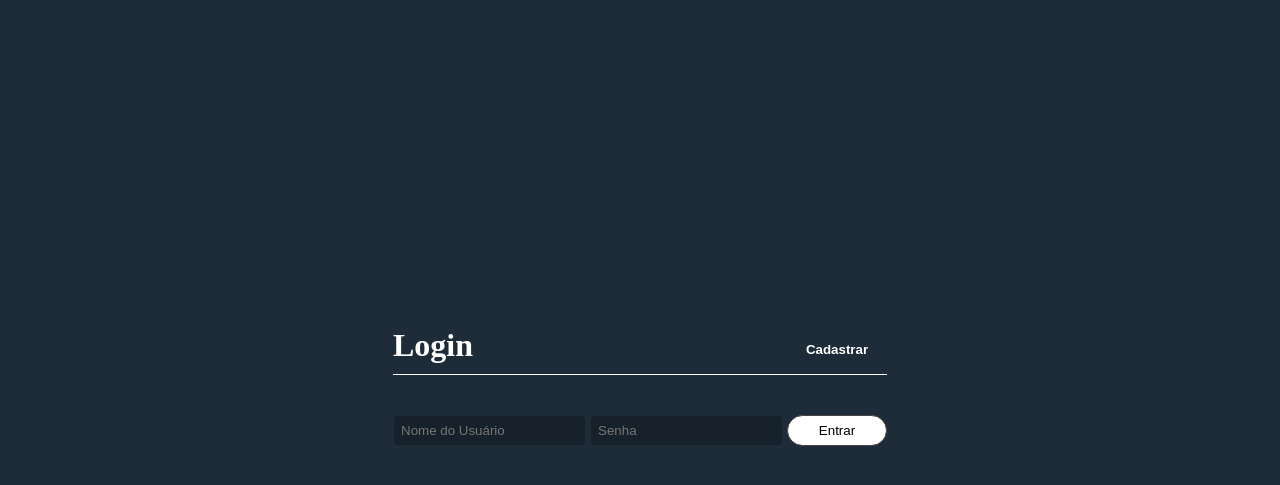
Repository: Gabrielb0rn/login-redes
Page: bemvindo.html
The author's editor kept a copy of each file at every save. The page is drawn from the files as they stood at one save, then again after a run of saves.
The browser window is 1280 px wide. The pictures show the whole page.

Above is the page before, as saved 2024-09-11 10:47:16.

After the next 3 saves:
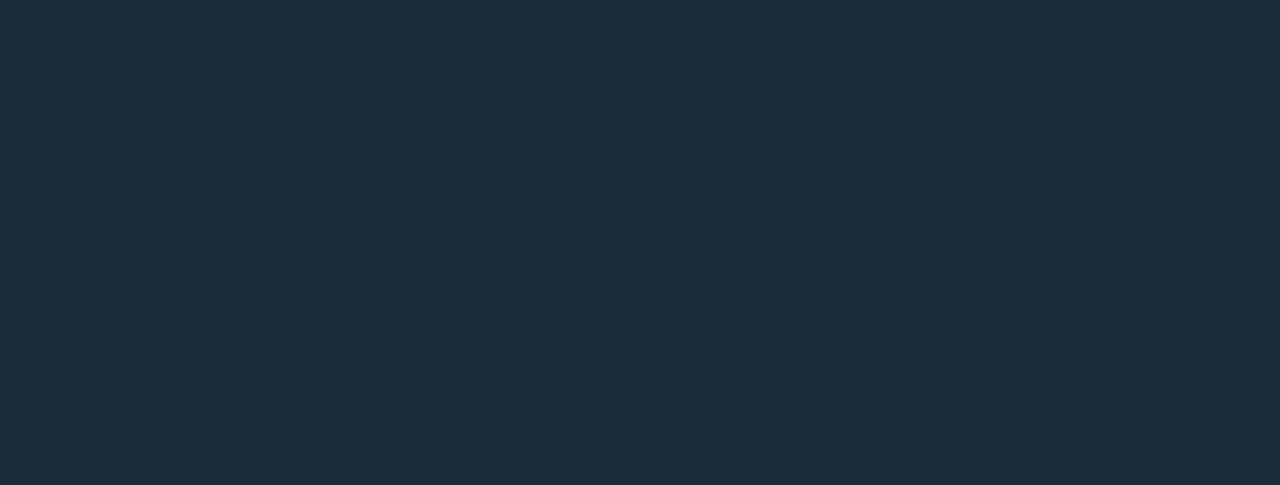
The 3 saves are shown as one change because they came seconds apart.
The last was saved 9 s later.
--- a/bemvindo.html
+++ b/bemvindo.html
@@ -60,49 +60,7 @@
 </head>
 <body class="center-page">
     <div>
-        <div class="containter-betwen">
-          <h1>Login</h1>
-          <button class="btn-transparent" onclick="irParaCadastro()">
-            Cadastrar
-          </button>
-        </div>
-
-        <input type="text" id="name" title="Nome do Usuário" placeholder="Nome do Usuário">
-        <input type="password" id="password" title="Senha" placeholder="Senha">
-        <button onclick="login()">
-            Entrar
-        </button>
 
     </div>
-
-    <script>
-        function irParaCadastro() {
-          document.location.href = './cadastro.html'
-        }
-
-        function login() {
-            const name = document.getElementById('name').value;
-            const password = document.getElementById('password').value;
-
-// EXERCICIO verificar se o usuário digitou o nome e a senha antes de buscar o login do localStorage
-
-            const obj = {
-                name: name,
-                password: password
-            };
-
-            const login = JSON.parse(localStorage.getItem('login'));
-
-            if (obj.name === login.name && obj.password === login.password) {
-
-// EXERCICIO redirecionar o usuário para a tela de bem vindo
-
-              alert('Pode Entrar');
-            } else {
-              alert('Usuário ou senha inválidos');
-            }
-
-        }
-    </script>
 </body>
 </html>

After the save that followed:
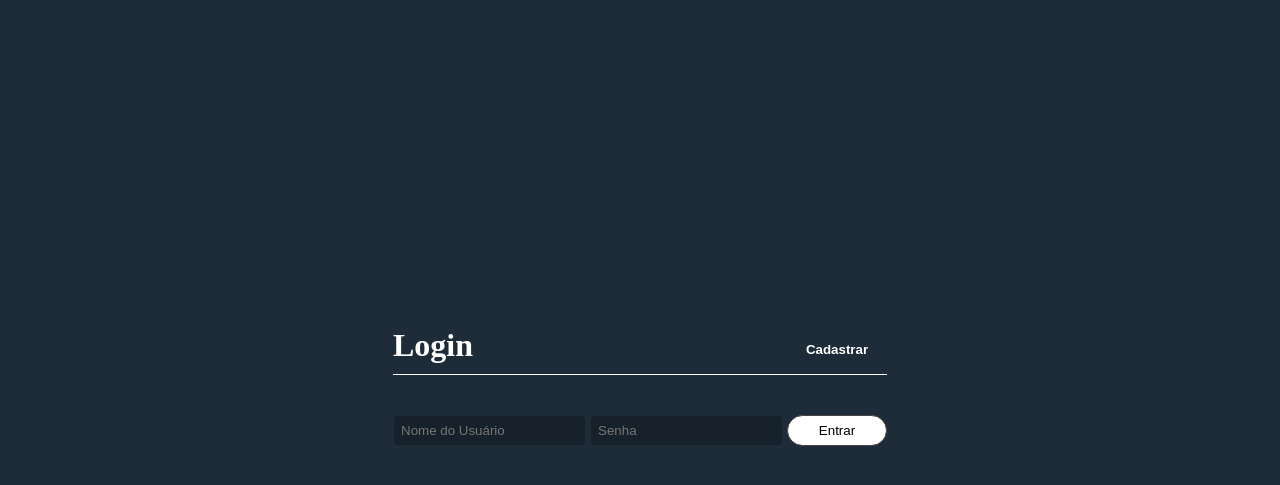
Saved 4 s later.
--- a/bemvindo.html
+++ b/bemvindo.html
@@ -60,7 +60,18 @@
 </head>
 <body class="center-page">
     <div>
+        <div class="containter-betwen">
+          <h1>Login</h1>
+          <button class="btn-transparent" onclick="irParaCadastro()">
+            Cadastrar
+          </button>
+        </div>
 
+        <input type="text" id="name" title="Nome do Usuário" placeholder="Nome do Usuário">
+        <input type="password" id="password" title="Senha" placeholder="Senha">
+        <button onclick="login()">
+            Entrar
+        </button>
     </div>
 </body>
 </html>
